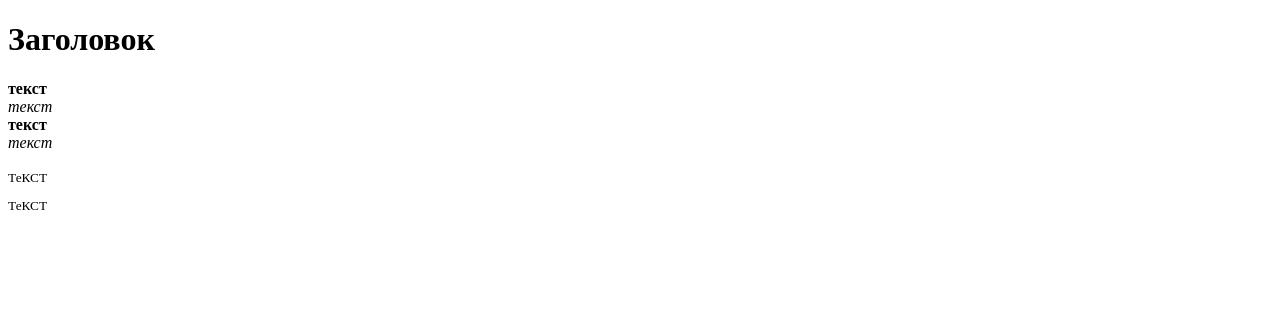
Repository: sannikovcode/exercises-a1
Page: JS/test1/task4/index.html
An editor plug-in stored every save of this project. The page is shown before and after the next save, followed by the edit.
The browser window is 1280 px wide. The pictures show the whole page.

Above is the page before, as saved 2025-10-16 14:40:10.

### JS/test1/task4/index.html
<!DOCTYPE html>
<html lang="en">

<head>
    <meta charset="UTF-8">
    <meta name="viewport" content="width=device-width, initial-scale=1.0">
    <title>88</title>
</head>

<body>
    <h1>Заголовок</h1>
    <div><strong>текст</strong></div>
    <div><em>текст</em></div>
    <div><b>текст</b></div>
    <div><i>текст</i></div>

    <br>
    <div><sup>ТеКСТ</sup></div>
    <div><sub>ТеКСТ</sub></div>













</body>

</html>

After the next save:
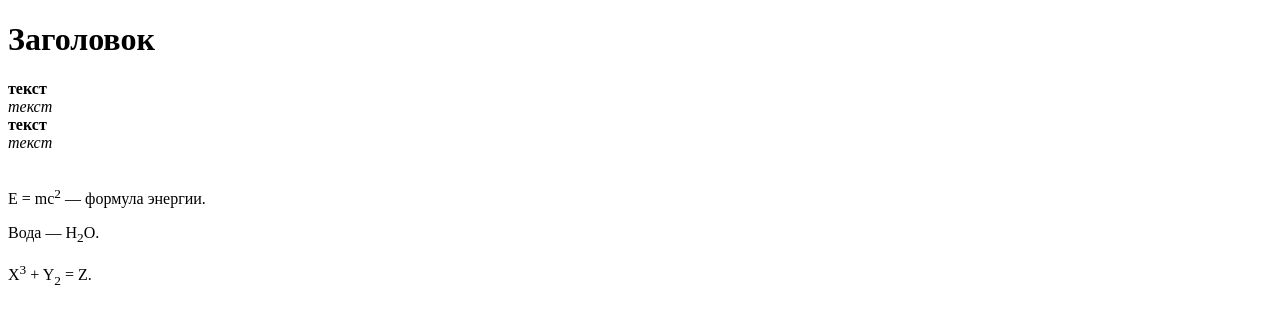
Saved 2 min 0 s later.
--- a/JS/test1/task4/index.html
+++ b/JS/test1/task4/index.html
@@ -15,8 +15,9 @@
     <div><i>текст</i></div>
 
     <br>
-    <div><sup>ТеКСТ</sup></div>
-    <div><sub>ТеКСТ</sub></div>
+    <p>E = mc<sup>2</sup> — формула энергии.</p>
+    <p>Вода — H<sub>2</sub>O.</p>
+    <p>X<sup>3</sup> + Y<sub>2</sub> = Z.</p>
 
 
 
